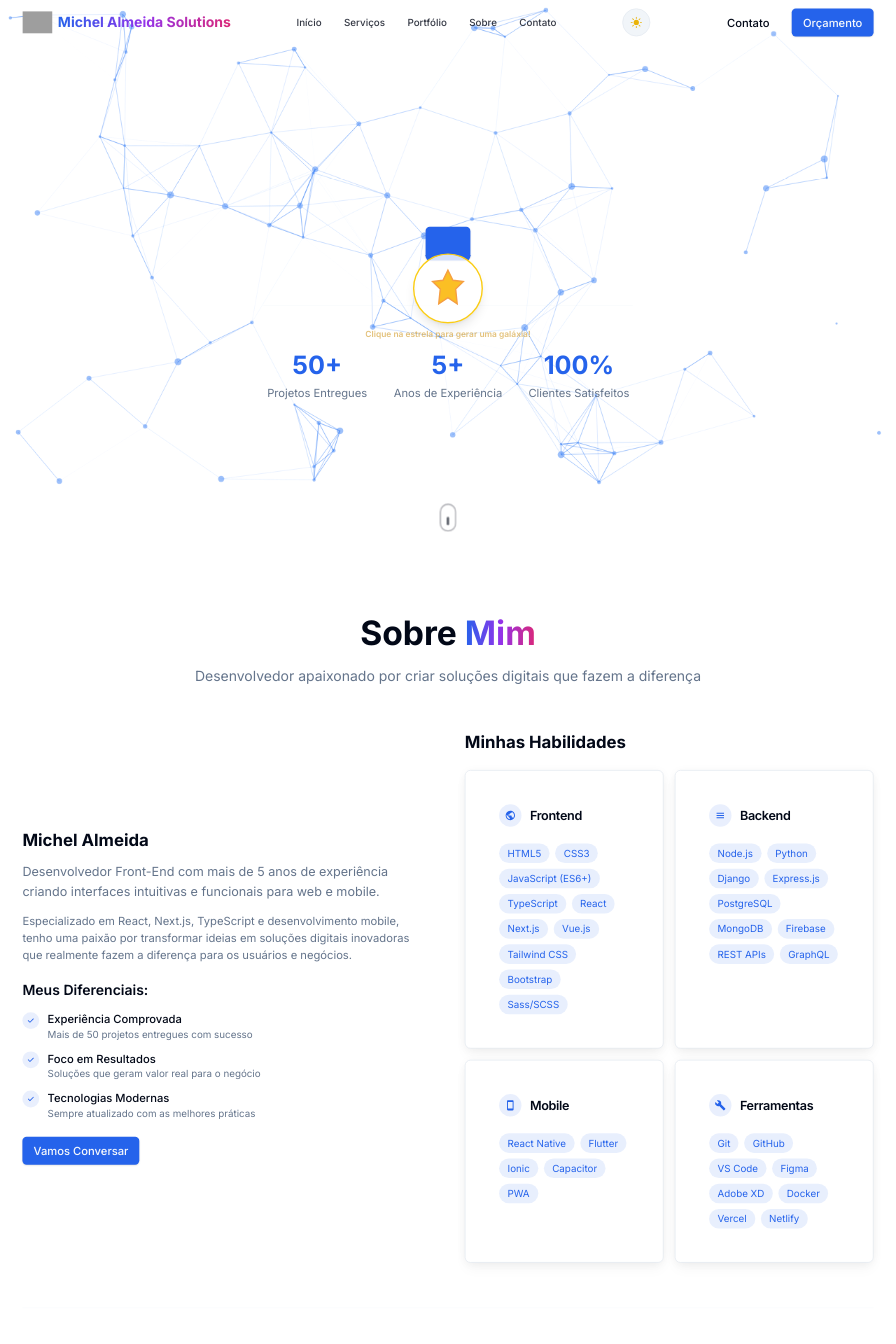
Repository: MichelAlmeida1990/Nexify-Solutions
Page: / (app in OneDrive/Área de Trabalho/Almeida - Solutions/)
These files come from the project's save history. The page is drawn as it stood at one moment and after the next save; the edit follows.
The browser window is 1280 px wide. The pictures show the part of the page from y = 0 to 1920 px (the page is 7384 px tall), at 70% of full size.
Pictures or frames that could not be fetched are drawn as grey boxes. The project was rebuilt for these pictures with package versions that can differ from the ones it lists, and the page was loaded fresh each time. The framework's server and built-in components were replaced by stand-ins that run in the browser. Also part of the build but not shown: OneDrive/Área de Trabalho/Almeida - Solutions/next.config.js, OneDrive/Área de Trabalho/Almeida - Solutions/src/components/ui/loading-spinner.tsx.

Above is the page before, as saved 2025-06-30 14:19:14.

After the next save:
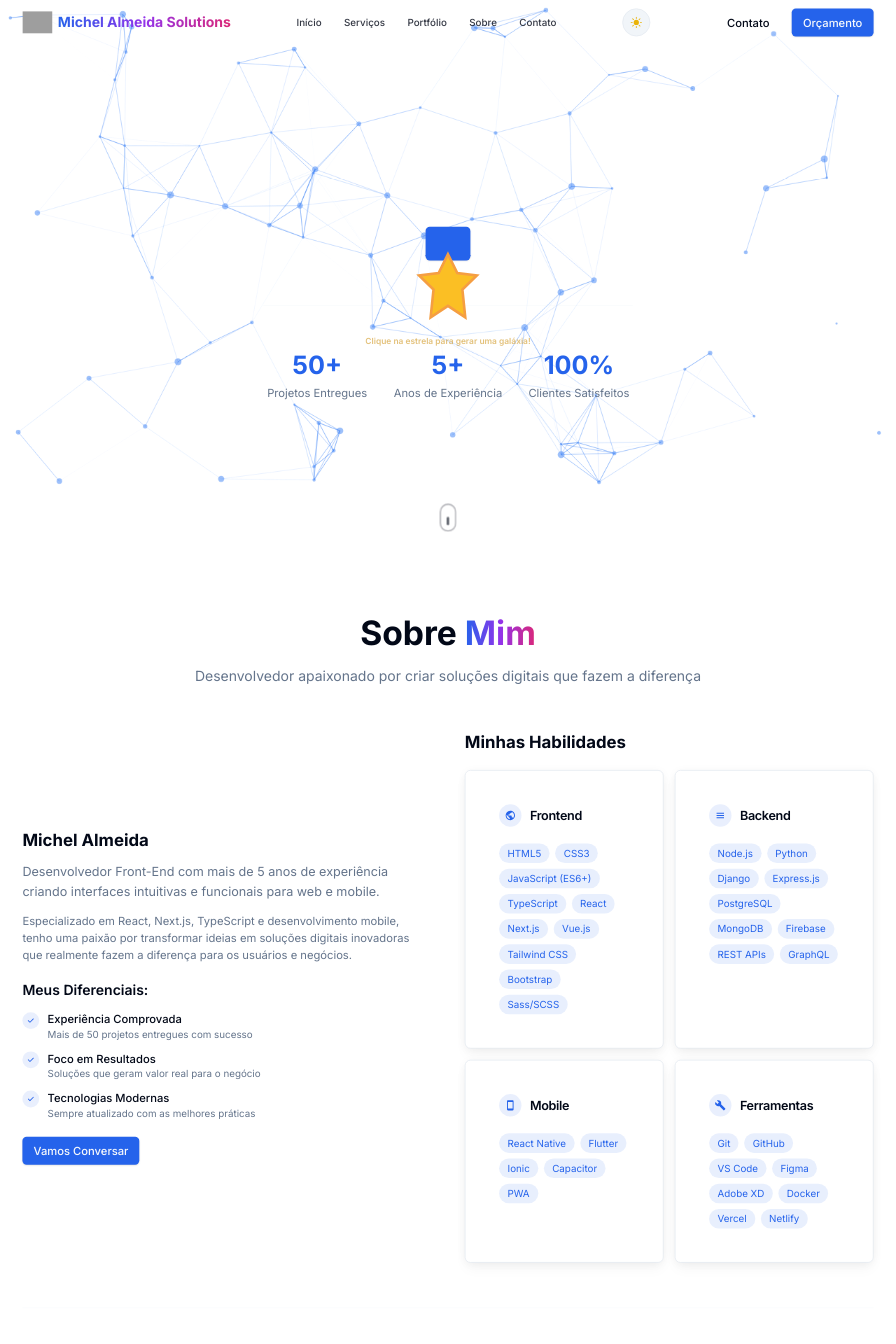
Saved 8 min 30 s later.
--- a/OneDrive/Área de Trabalho/Almeida - Solutions/src/components/sections/hero.tsx
+++ b/OneDrive/Área de Trabalho/Almeida - Solutions/src/components/sections/hero.tsx
@@ -132,17 +132,11 @@ const Hero: React.FC<HeroProps> = ({
       )}
 
       {/* Estrela central interativa */}
-      <div className="absolute left-1/2 top-1/2 z-20 -translate-x-1/2 -translate-y-1/2 flex flex-col items-center">
-        <button
-          onClick={handleStarClick}
-          className="bg-white/80 rounded-full p-4 shadow-lg hover:scale-110 transition-transform border-2 border-yellow-400"
-          aria-label="Gerar Galáxia"
-        >
-          {/* SVG de estrela */}
-          <svg width="64" height="64" viewBox="0 0 64 64" fill="none" xmlns="http://www.w3.org/2000/svg">
-            <path d="M32 6l7.09 14.36L54 22.18l-11 10.72L45.18 54 32 45.27 18.82 54 21 32.9 10 22.18l14.91-1.82L32 6z" fill="#fbbf24" stroke="#f59e42" strokeWidth="2"/>
-          </svg>
-        </button>
+      <div className="absolute left-1/2 top-1/2 z-20 -translate-x-1/2 -translate-y-1/2 flex flex-col items-center cursor-pointer" onClick={handleStarClick} aria-label="Gerar Galáxia">
+        {/* SVG de estrela */}
+        <svg width="120" height="120" viewBox="0 0 64 64" fill="none" xmlns="http://www.w3.org/2000/svg">
+          <path d="M32 6l7.09 14.36L54 22.18l-11 10.72L45.18 54 32 45.27 18.82 54 21 32.9 10 22.18l14.91-1.82L32 6z" fill="#fbbf24" stroke="#f59e42" strokeWidth="2"/>
+        </svg>
         <span className="mt-2 text-xs text-yellow-600 font-semibold animate-pulse">Clique na estrela para gerar uma galáxia!</span>
       </div>
 
